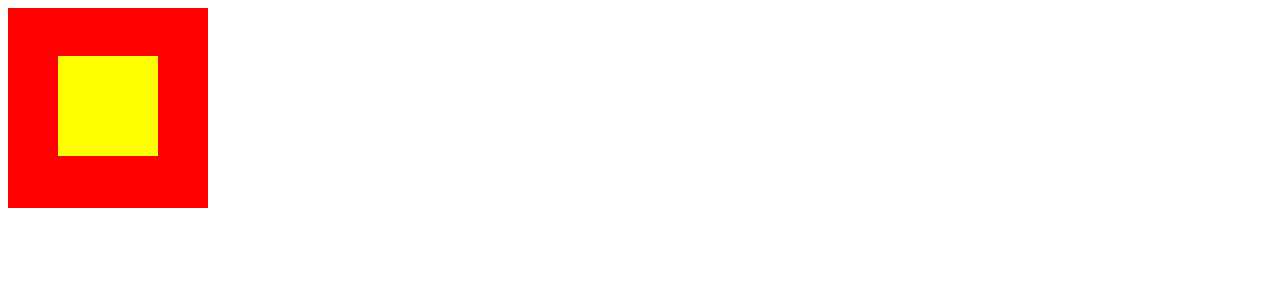
Repository: Qianfane/Blog
Page: CSS/居中测试/3.1 center-inline.html
These files come from the project's save history. The page is drawn as it stood at one moment and after the next save; the edit follows.
The browser window is 1280 px wide. The pictures show the whole page.

Above is the page before, as saved 2022-01-25 19:58:53.

After the next save:
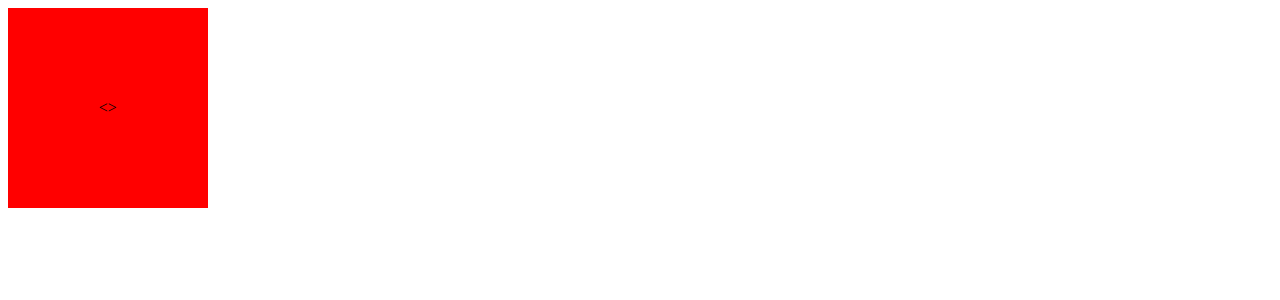
Saved 9 s later.
--- a/CSS/居中测试/3.1 center-inline.html
+++ b/CSS/居中测试/3.1 center-inline.html
@@ -26,7 +26,7 @@
     }
 </style>
 <div class="outer">
-    <div class="inner"></div>
+    <>
 </div>
 </body>
 </html>
